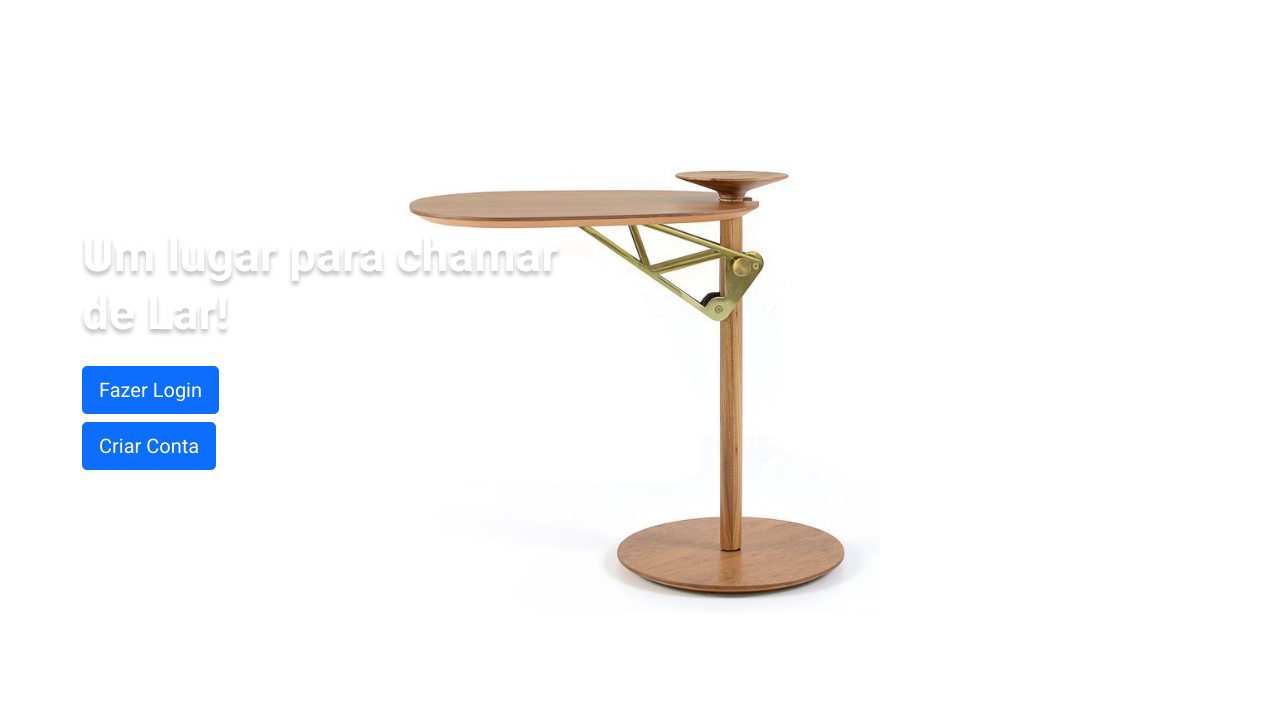
Repository: telesbp/Projeto-4-e-Projeto-5
Page: / (app in front-end/)
An editor plug-in stored every save of this project. The page is shown before and after the next save, followed by the edit.
The browser window is 1280 px wide. The pictures show the whole page.
The project was rebuilt for these pictures with package versions that can differ from the ones it lists, and the page was loaded fresh each time.

Above is the page before, as saved 2022-07-17 14:14:12.

### front-end/public/index.html
<!DOCTYPE html>
<html lang="pt-BR">
  <head>
    <meta charset="utf-8" />
    <link rel="icon" href="%PUBLIC_URL%/favicon.ico" />
    <meta name="viewport" content="width=device-width, initial-scale=1" />
    <meta name="theme-color" content="#000000" />
    <meta
      name="description"
      content="Seu negócio automatizado!"
    />
    <link rel="apple-touch-icon" href="%PUBLIC_URL%/logo192.png" />
    <!--
      manifest.json provides metadata used when your web app is installed on a
      user's mobile device or desktop. See https://developers.google.com/web/fundamentals/web-app-manifest/
    -->
    <link rel="manifest" href="%PUBLIC_URL%/manifest.json" />
    <!--
      Notice the use of %PUBLIC_URL% in the tags above.
      It will be replaced with the URL of the `public` folder during the build.
      Only files inside the `public` folder can be referenced from the HTML.

      Unlike "/favicon.ico" or "favicon.ico", "%PUBLIC_URL%/favicon.ico" will
      work correctly both with client-side routing and a non-root public URL.
      Learn how to configure a non-root public URL by running `npm run build`.
    -->
    <title>Stagio</title>

    <link rel="preconnect" href="https://fonts.googleapis.com">
    <link rel="preconnect" href="https://fonts.gstatic.com" crossorigin>
    <link href="https://fonts.googleapis.com/css2?family=Roboto:wght@400;700&display=swap" rel="stylesheet">
  </head>
  <body>
    <noscript>You need to enable JavaScript to run this app.</noscript>
    <div id="root"></div>
    <!--
      This HTML file is a template.
      If you open it directly in the browser, you will see an empty page.

      You can add webfonts, meta tags, or analytics to this file.
      The build step will place the bundled scripts into the <body> tag.

      To begin the development, run `npm start` or `yarn start`.
      To create a production bundle, use `npm run build` or `yarn build`.
    -->
  </body>
</html>

### front-end/src/index.tsx
import React from 'react';
import ReactDOM from 'react-dom/client';
import App from './App';
import 'bootstrap/dist/css/bootstrap.min.css';
import { BrowserRouter } from 'react-router-dom';
import 'react-toastify/dist/ReactToastify.css';
import { ToastContainer } from 'react-toastify';
import { GlobalStyle } from './assets/css/global';

const root = ReactDOM.createRoot(
  document.getElementById('root') as HTMLElement
);
root.render(
  <React.StrictMode>
    <BrowserRouter>
    <GlobalStyle/>
      <App />
      <ToastContainer/>
    </BrowserRouter>
  </React.StrictMode>
);

### front-end/src/App.tsx
import { HomeView } from "./views/Home";

function App() {
  return (
    <HomeView/>
  );
}

export default App;

### front-end/src/assets/css/global.ts
import { createGlobalStyle } from "styled-components";

export const GlobalStyle = createGlobalStyle`
    body{
       font-family: 'Roboto', sans-serif;
    }
`

### front-end/src/views/Home/index.tsx
import { Button, Container } from "react-bootstrap";
import styled from "styled-components";
import bgSite from "../../assets/img/mesa.png"

export function HomeView(){
    return(
        <Banner className="vh-100">
            <Container className="h-100 d-flex flex-column justify-content-center align-items-center align-items-lg-start">
                <Title className="text-center text-white text-lg-start mt-auto mt-lg-0 ">Um lugar para chamar de Lar!</Title>
                <Button size="lg" className="mt-auto mt-lg-3 mb-2">Fazer Login</Button>
                <Button size="lg" className="mb-4">Criar Conta</Button>
            </Container>
        </Banner>
    )
}

const Banner = styled.div`
    background: url(${bgSite}) no-repeat center center;
`
const Title = styled.h1`
    font-size: 2.25rem;
    font-weight: bold;
    text-shadow: 0 4px 4px rgba(0, 0, 0, 0.25);
    @media (min-width: 992px){
        font-size: 3rem;
        max-width: 500px;
    }
`

After the next save:
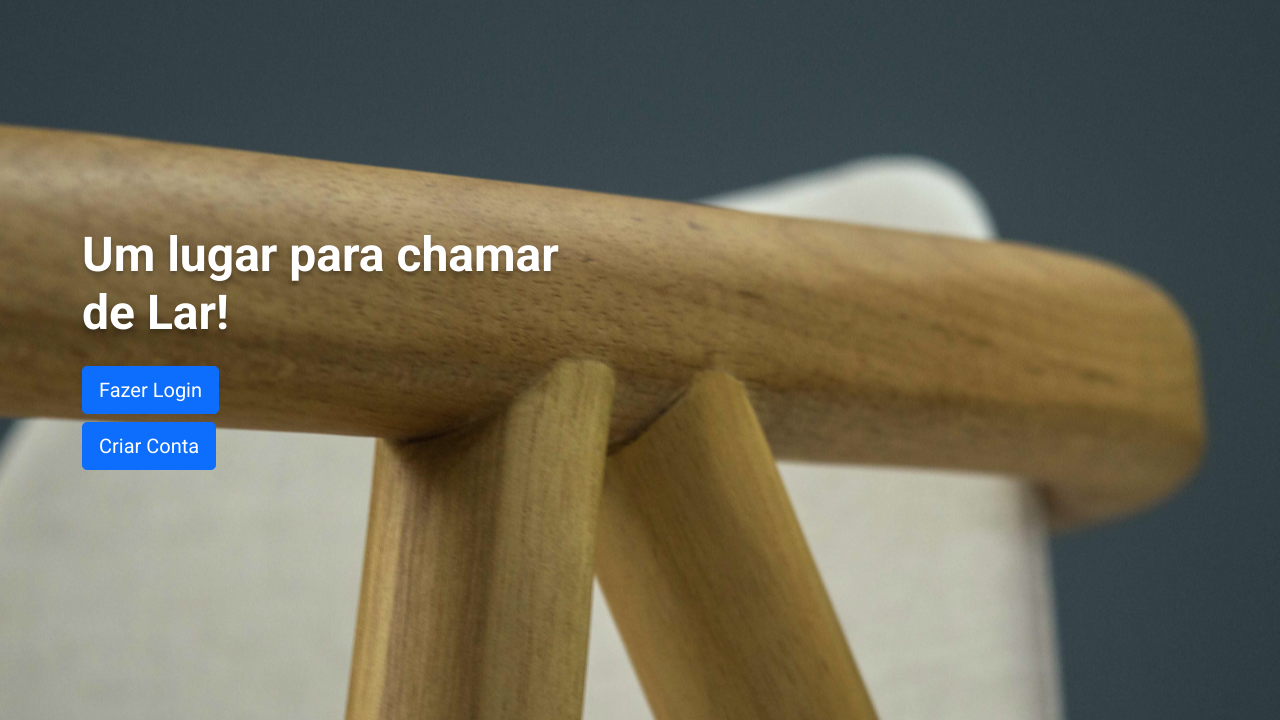
Saved 27 s later.
--- a/front-end/src/views/Home/index.tsx
+++ b/front-end/src/views/Home/index.tsx
@@ -1,6 +1,6 @@
 import { Button, Container } from "react-bootstrap";
 import styled from "styled-components";
-import bgSite from "../../assets/img/mesa.png"
+import bgSite from "../../assets/img/cadeira1.png"
 
 export function HomeView(){
     return(
